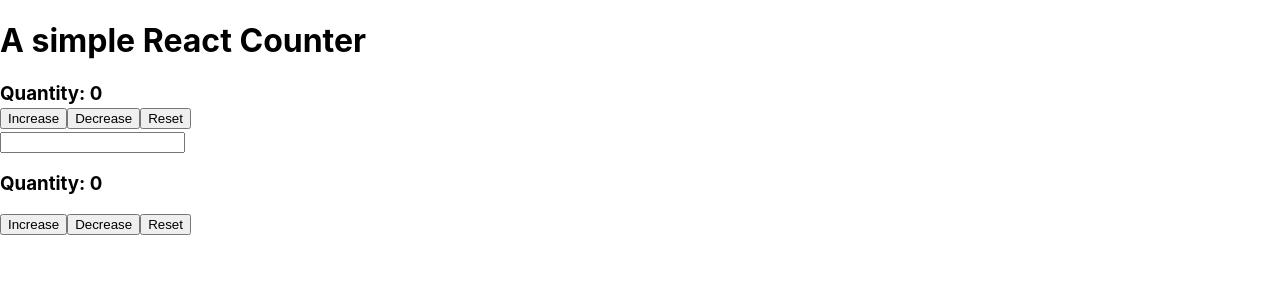
Repository: qudos4real/altschool-second-sem
Page: /
The author's editor kept a copy of each file at every save. The page is drawn from the files as they stood at one save, then again after the next save.
The browser window is 1280 px wide. The pictures show the whole page.
The project was rebuilt for these pictures with package versions that can differ from the ones it lists, and the page was loaded fresh each time. Also part of the build but not shown: src/App.css.

Above is the page before, as saved 2022-11-03 02:23:12.

### src/App.js
import Counter from './Counter';
import './App.css';
import Reducer from './Reducer';



function App() {

  return (
    <>
    <h1>
      A simple React Counter
    </h1>
    <Counter />
    <Reducer />
    </>

  );
}

export default App;

### src/Counter.js
import React from "react";
import { useCounter } from "./useCounter";

function Counter() {
  const quantity = useCounter(0);
  return (
    <div>
      <h3>
        Quantity: {quantity.count}
        <br />
        <button onClick={quantity.increment}>Increase</button>
        <button onClick={quantity.decrement}>Decrease</button>
        <button onClick={quantity.reset}>Reset</button>
        <br />
        <input
          type="number"
          onChange={(e) => quantity.setValue(e.target.value)}
        />
      </h3>
    </div>
  );
}

export default Counter;

### src/Reducer.js
import React from 'react'
import { useReducer } from 'react';


function reducer(state, action) {
    switch (action.type) {
        case 'increment':
            return { count: state.count + 1 };
        case 'decrement':
            return { count: state.count - 1 };
        case 'reset':
            return { count: 0 };
        default:
            return state;
    }
}



 function Reducer() {
        const [state, dispatch] = useReducer(reducer, { count: 0 });
    return (
        <>
            <h3> Quantity: {state.count}</h3>
            <button onClick={() => dispatch({ type: 'increment' })}>Increase</button>
            <button onClick={() => dispatch({ type: 'decrement' })}>Decrease</button>
            <button onClick={() => dispatch({ type: 'reset' })}>Reset</button>

        </>
    )
 }

 export default Reducer

### src/useCounter.js
import { useState } from "react";

export const useCounter = (initialValue) => {
    const [count, setCount] = useState(initialValue);
    const increment = () => {
        setCount(count + 1);
    };
    const decrement = () => {
        count > 0 && setCount(count - 1);
    };
    const reset = () => {
        setCount(initialValue);
    };
    const setValue = (value) => {
        setCount(value);
    };
    return { count, increment, decrement, reset, setValue };
};

Loaded but not shown: public/index.html (common file); src/index.js (common file); src/index.css (common file); src/reportWebVitals.js (common file)

After the next save:
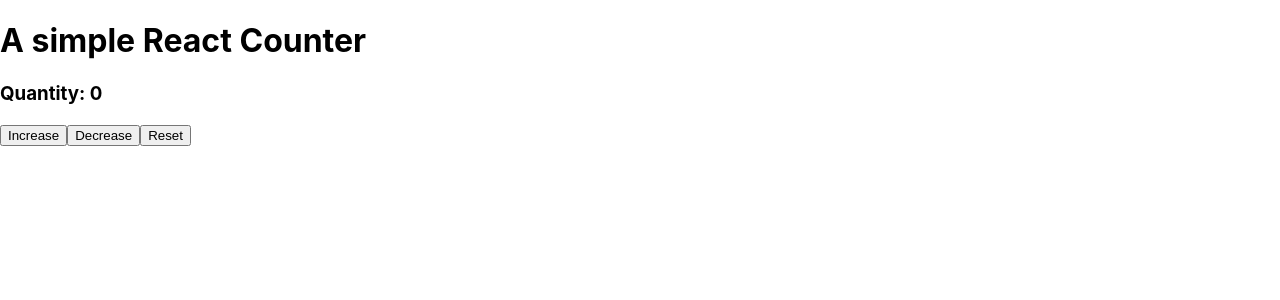
Saved 20 s later.
--- a/src/App.js
+++ b/src/App.js
@@ -11,7 +11,7 @@
     <h1>
       A simple React Counter
     </h1>
-    <Counter />
+    {/* <Counter /> */}
     <Reducer />
     </>
 

After the save that followed:
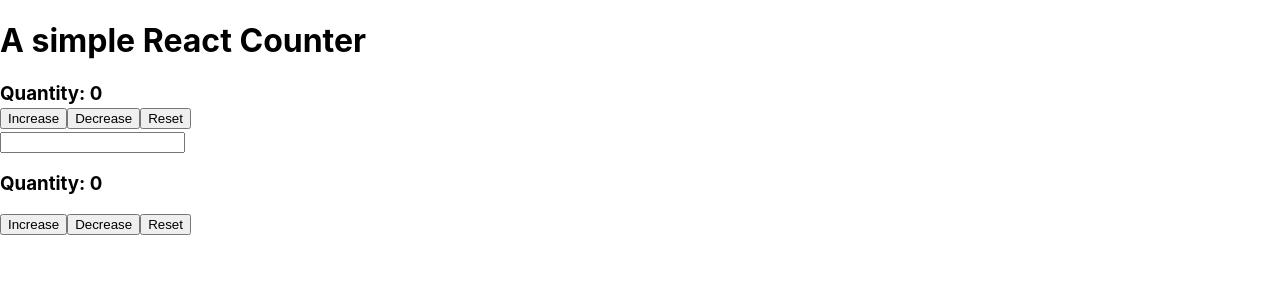
Saved 8 s later.
--- a/src/App.js
+++ b/src/App.js
@@ -11,7 +11,7 @@
     <h1>
       A simple React Counter
     </h1>
-    {/* <Counter /> */}
+    <Counter />
     <Reducer />
     </>
 
